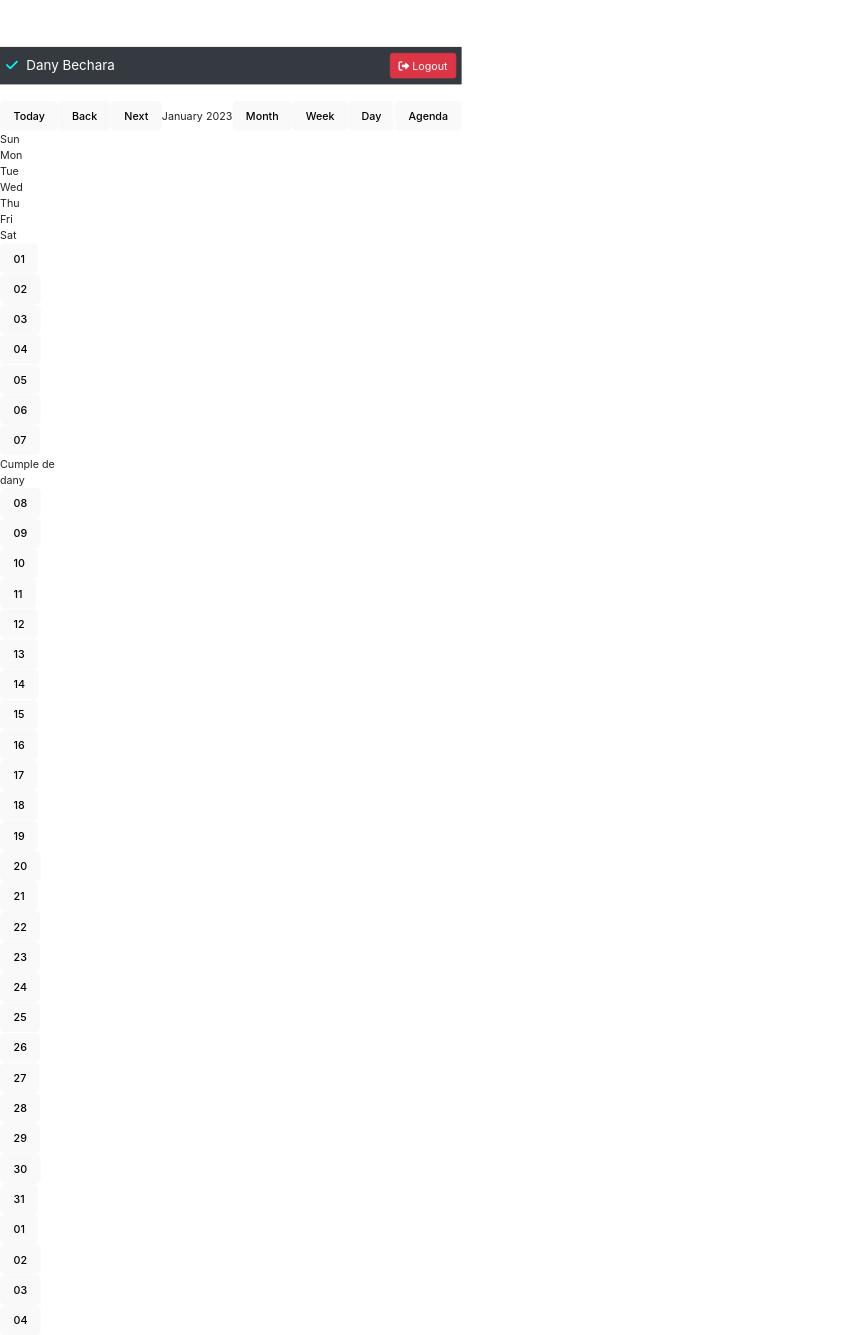
Repository: bechara611/calendar-frontend
Page: /
These files come from the project's save history. The page is drawn as it stood at one moment and after the next save; the edit follows.
The browser window is 1280 px wide. The pictures show the whole page, at 67% of full size.
The project was rebuilt for these pictures with package versions that can differ from the ones it lists, and the page was loaded fresh each time. Also part of the build but not shown: vite.config.js. Imported but missing from the stored project, and not drawn on this page: src/auth.

Above is the page before, as saved 2023-01-04 14:42:02.

### index.html
<!DOCTYPE html>
<html lang="en">
  <head>
    <meta charset="UTF-8" />
    <link rel="icon" type="image/svg+xml" href="/vite.svg" />
    <meta name="viewport" content="width=device-width, initial-scale=1.0" />
    <title>CalendarDB</title>
    <link rel="stylesheet" href="https://cdn.jsdelivr.net/npm/bootstrap@4.5.3/dist/css/bootstrap.min.css" integrity="sha384-TX8t27EcRE3e/ihU7zmQxVncDAy5uIKz4rEkgIXeMed4M0jlfIDPvg6uqKI2xXr2" crossorigin="anonymous">
    <link rel="stylesheet" href="https://cdnjs.cloudflare.com/ajax/libs/font-awesome/6.2.1/css/all.min.css" integrity="sha512-MV7K8+y+gLIBoVD59lQIYicR65iaqukzvf/nwasF0nqhPay5w/9lJmVM2hMDcnK1OnMGCdVK+iQrJ7lzPJQd1w==" crossorigin="anonymous" referrerpolicy="no-referrer" />
  </head>
  <body>
    <div id="root"></div>
    <script type="module" src="/src/main.jsx"></script>
  </body>
</html>

### src/main.jsx
import React from 'react'
import ReactDOM from 'react-dom/client'
import { BrowserRouter } from 'react-router-dom'
import { CalendarApp } from './CalendarApp'
import './styles.css'

ReactDOM.createRoot(document.getElementById('root')).render(
  <React.StrictMode>

    <BrowserRouter>
      <CalendarApp />
    </BrowserRouter>

    </React.StrictMode>,
)

### src/CalendarApp.jsx
import React from 'react'
import { AppRouter } from './router/AppRouter'

export const CalendarApp = () => {
  return (
   <AppRouter></AppRouter>
  )
}

### src/router/AppRouter.jsx
import React from 'react'
import { Navigate, Route, Routes } from 'react-router-dom'
import { LoginPages } from '../auth/'
import { CalendarPages } from '../calendar/'


export const AppRouter = () => {
 // const authStatus = 'not-authenticated'
  const authStatus = 'authenticated'
  return (
    <Routes>
      {
        (authStatus === 'not-authenticated'
          ? <Route path='/auth/*' element={<LoginPages></LoginPages>}></Route>
          : <Route path='/*' element={<CalendarPages></CalendarPages>}></Route>
        )
      }
      <Route path='/*' element={<Navigate to={'/auth/login'}></Navigate>}></Route>

    </Routes>
  )
}

### src/calendar/index.js
export * from './pages/CalendarPages'
export * from './components/NavBar'

### src/calendar/pages/CalendarPages.jsx
import { addHours,format,parse,startOfWeek,getDay,enUS } from 'date-fns'
import React from 'react'
import { Calendar, dateFnsLocalizer } from 'react-big-calendar'
import { NavBar } from '../components/NavBar'


const locales = {
  'en-US': enUS,
}

const localizer = dateFnsLocalizer({
  format,
  parse,
  startOfWeek,
  getDay,
  locales,
})

const events = [{
  title:'Cumple de dany',
  notes:'Torta para Dany',
  start: new Date(),
  end: addHours(new Date(),1),
  bgColor:'#fafafa',
  user:{}
}]

export const CalendarPages = () => {

  return (
    <>
    <NavBar></NavBar>
    <Calendar
    localizer={localizer}
    events={events}
    startAccessor="start"
    endAccessor="end"
    style={{ height: 500 }}
  />
    </>

  )
}

### src/calendar/components/NavBar.jsx
import React from 'react'
import './NavBar.css'
export const NavBar = () => {
  return (
    <div className="navbar navbar-dark bg-dark mb-4 px-2">
    <span className='navbar-brand'>

    <i className="fa-sharp fa-solid fa-check icono"></i>

    &nbsp;
    Dany Bechara
    </span>
    <button className='btn btn-danger '>
    <i className="fa-solid fa-right-from-bracket"></i>

    <span> Logout</span>
    </button>
    </div>
  )
}

### src/calendar/components/NavBar.css
.icono{
color: aqua;
}

Loaded but not shown: src/styles.css (common file)

After the next save:
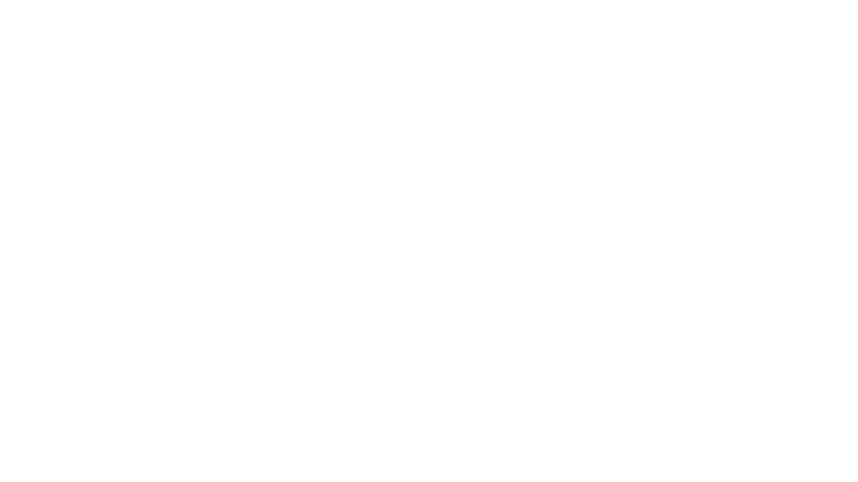
Console error: ReferenceError: enUS is not defined
Saved 26 s later.
--- a/src/calendar/pages/CalendarPages.jsx
+++ b/src/calendar/pages/CalendarPages.jsx
@@ -1,4 +1,4 @@
-import { addHours,format,parse,startOfWeek,getDay,enUS } from 'date-fns'
+import { addHours,format,parse,startOfWeek,getDay} from 'date-fns'
 import React from 'react'
 import { Calendar, dateFnsLocalizer } from 'react-big-calendar'
 import { NavBar } from '../components/NavBar'

After the save that followed:
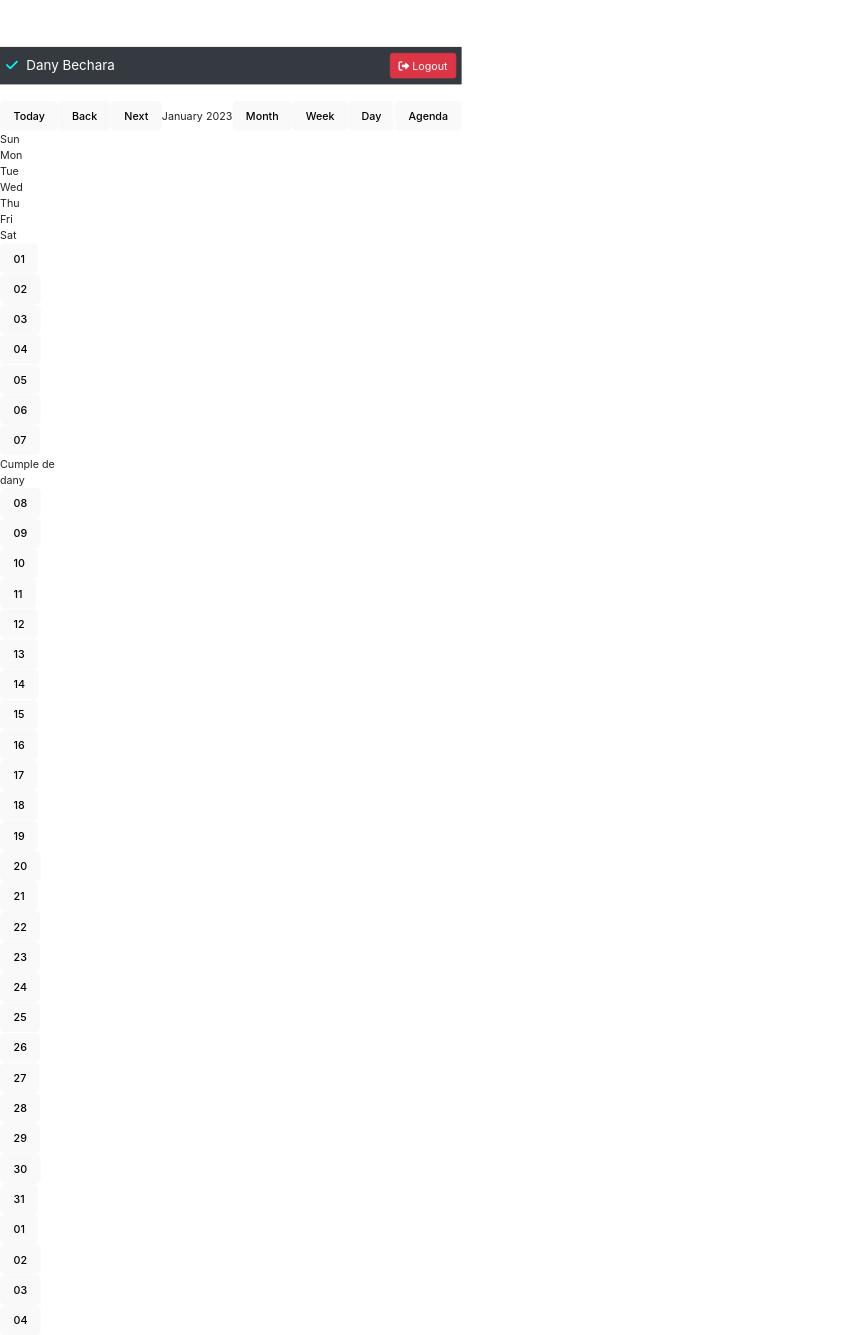
The error is gone.
Saved 10 s later.
--- a/src/calendar/pages/CalendarPages.jsx
+++ b/src/calendar/pages/CalendarPages.jsx
@@ -1,4 +1,5 @@
 import { addHours,format,parse,startOfWeek,getDay} from 'date-fns'
+import enUS from 'date-fns/locale/en-US'
 import React from 'react'
 import { Calendar, dateFnsLocalizer } from 'react-big-calendar'
 import { NavBar } from '../components/NavBar'
